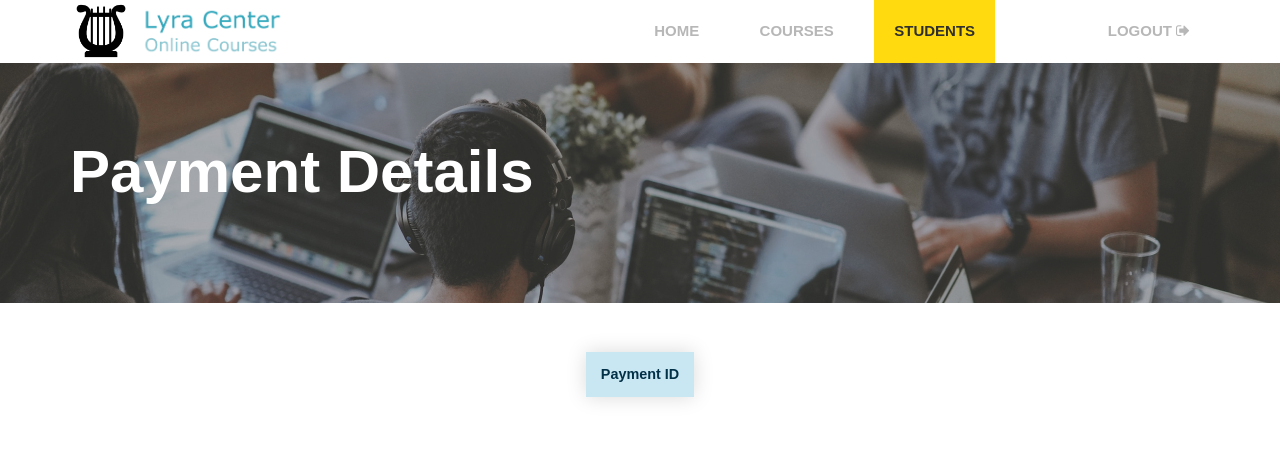
Repository: jersmaecrz/lyra-center
Page: http://localhost/aPayment.php
The author's editor kept a copy of each file at every save. The page is drawn from the files as they stood at one save, then again after the next save.
The browser window is 1280 px wide. The pictures show the whole page.
Some web fonts or font styles are not loaded; a fallback is used. The page is run by PHP 8.4 with error messages shown; the project is at /var/www/html/.

Above is the page before, as saved 2022-12-04 16:00:23.

After the next save:
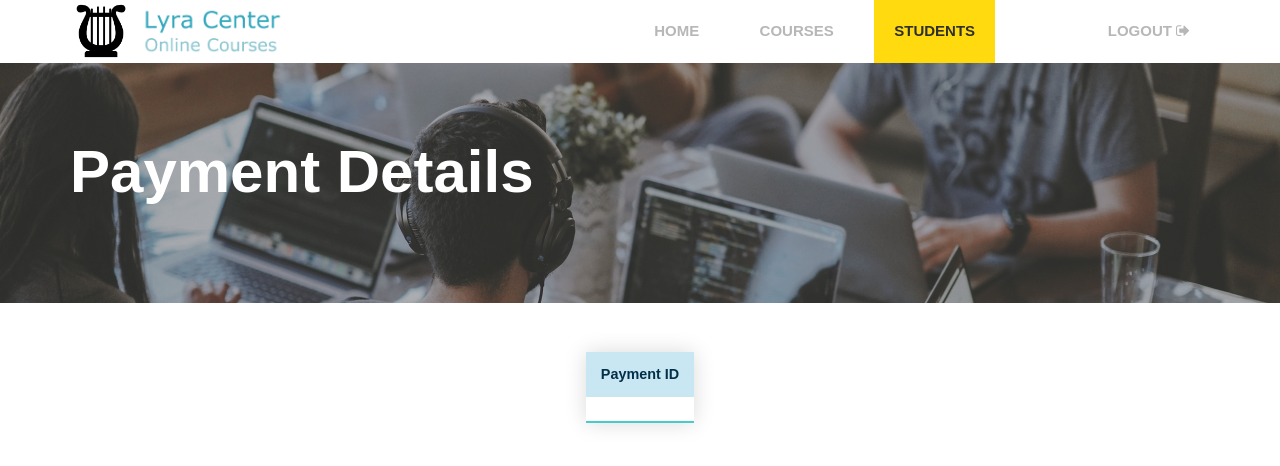
Saved 30 s later.
--- a/aPayment.php
+++ b/aPayment.php
@@ -103,6 +103,23 @@
                     <th>Payment ID</th>
                 </thead>
                 <tbody>
+                    <td>
+                    <?php
+                        $sPayment = new StudentPayment();
+                        if(isset($_GET['ecID'])){
+                            $ecID = $_GET['ecID'];
+                            $sPayment -> retrieveStudentPayments($pdo,$ecID);
+                            $rows = $sPayment -> getPayments();
+                            foreach($rows as $row){
+
+                                echo " ".$row -> pytID."</h4>";
+                            }
+                        }
+                    ?>
+                    </td>
+                </tbody>
+
+                <tbody>
             </table>
             <img src=""/>
            </div>

After the 2 saves that followed:
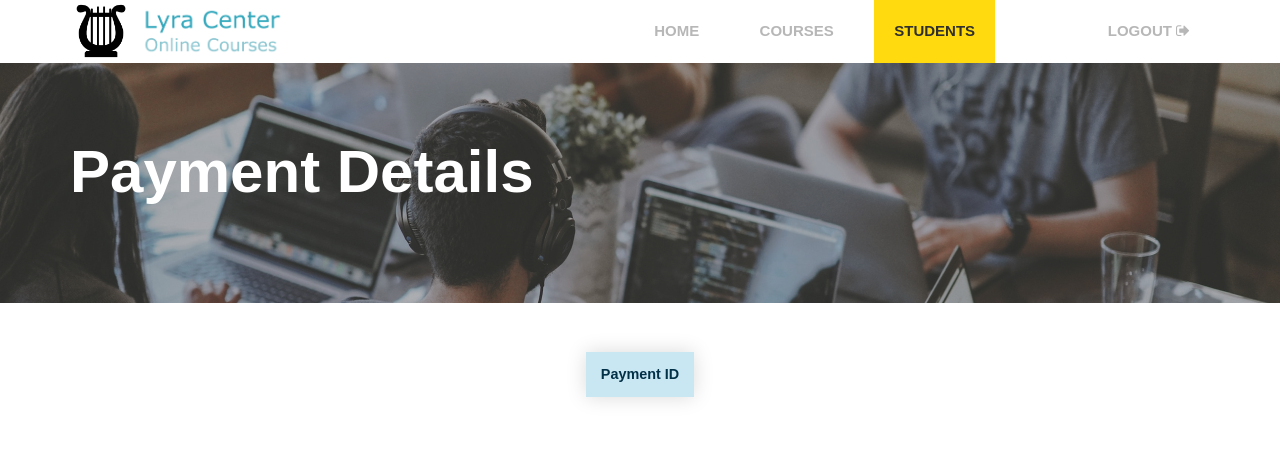
The 2 saves are shown as one change because they came seconds apart.
The last was saved 35 s later.
--- a/aPayment.php
+++ b/aPayment.php
@@ -103,7 +103,6 @@
                     <th>Payment ID</th>
                 </thead>
                 <tbody>
-                    <td>
                     <?php
                         $sPayment = new StudentPayment();
                         if(isset($_GET['ecID'])){
@@ -112,11 +111,10 @@
                             $rows = $sPayment -> getPayments();
                             foreach($rows as $row){
 
-                                echo " ".$row -> pytID."</h4>";
+                                echo " <td>".$row -> pytID."</td>";
                             }
                         }
                     ?>
-                    </td>
                 </tbody>
 
                 <tbody>
